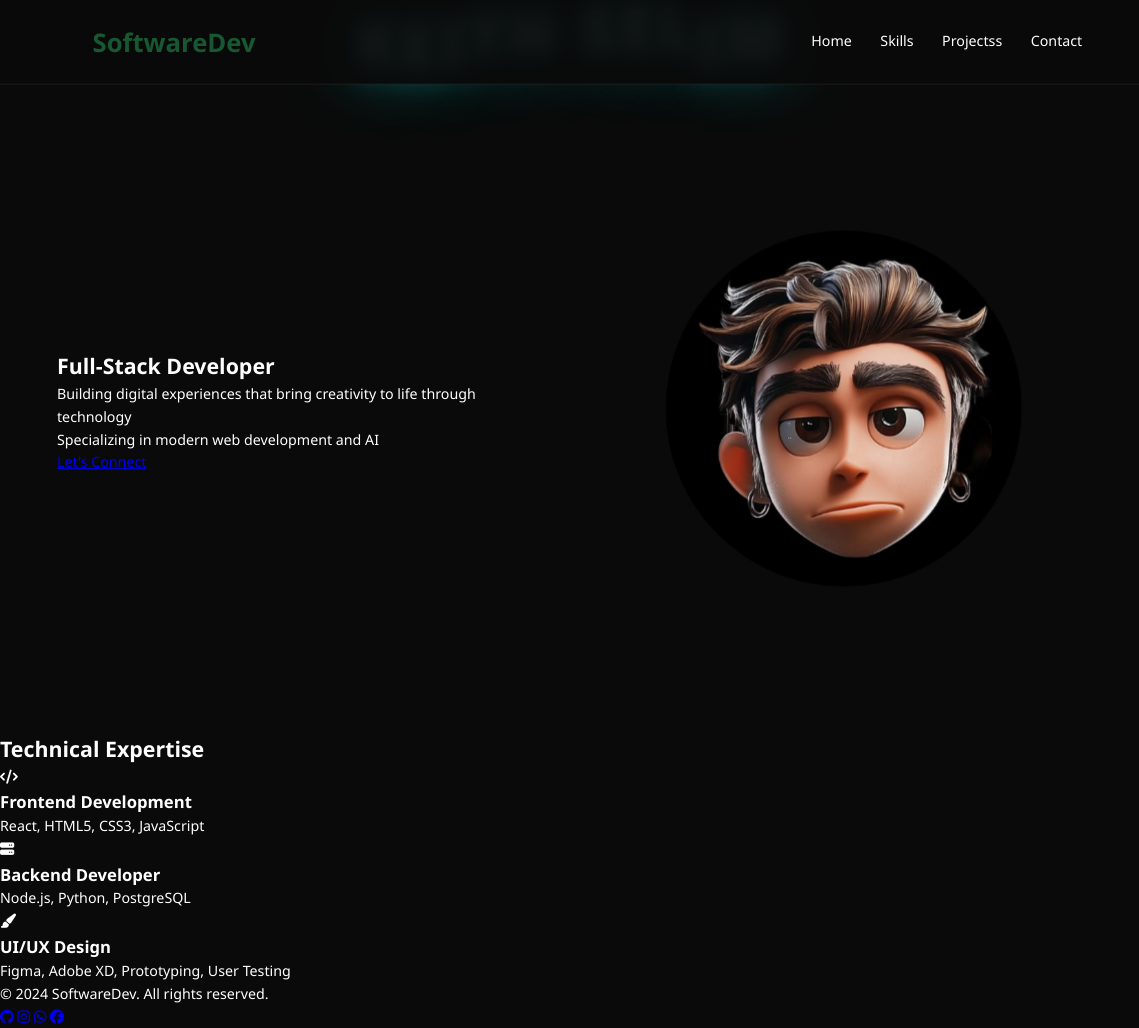
Repository: PEEZYBEE/my-personal-website
Page: index.html
An editor plug-in stored every save of this project. The page is shown before and after the next save, followed by the edit.
The browser window is 1280 px wide. The pictures show the whole page, at 89% of full size.

Above is the page before, as saved 2025-03-01 21:03:30.

### index.html
<!DOCTYPE html>
<html lang="en">
<head>
    <meta charset="UTF-8">
    <meta name="viewport" content="width=device-width, initial-scale=1.0">
    <link rel="stylesheet" href="./style.css" />
    <title>
        My Personal Website
    </title>
    <link rel="stylesheet" href="https://cdnjs.cloudflare.com/ajax/libs/font-awesome/6.7.2/css/all.min.css" integrity="sha512-Evv84Mr4kqVGRNSgIGL/F/aIDqQb7xQ2vcrdIwxfjThSH8CSR7PBEakCr51Ck+w+/U6swU2Im1vVX0SVk9ABhg==" crossorigin="anonymous" referrerpolicy="no-referrer" />
</head>
<body>

 <div class="bouncing-letters" style="text-align:center;font-size: 30px;">
 <span>K</span>
<span>E</span>
<span>I</span>
<span>T</span>
<span>H</span>
<span>&nbsp;</span>
<span>S</span>
<span>E</span>
<span>L</span>
<span>I</span>
<span>M</span>
 </div>

 <nav class="navbar">
    <a href="#home" class="logo">SoftwareDev</a>
    <ul class="nav-links">
      <li><a href="#home">Home</a></li>
      <li><a href="#skills">Skills</a></li>
      <li><a href="#projects">Projectss</a></li>
      <li><a href="#contact">Contact</a></li>
    </ul>
 </nav>

 <section id="home" class="hero">
    <div class="hero-content">
     <h1>Full-Stack Developer</h1>
     <p>Building digital experiences that bring creativity to life through technology</p>
     <p class="highlight">Specializing in modern web development and AI</p>
     <a href="#contact" class="cta-button">Let's Connect</a>
    </div>

    <div class="hero-image">
        <img src="profile.jpg" alt="Profile" class="profile-img">
    </div>
</section>

<section id="skills" class="skills">
    <h2>Technical Expertise</h2>
    <div class="skills-grid">
        <div class="skill-card">
            <i class="fa-solid fa-code"></i>
            <h3>Frontend Development</h3>
            <p>React, HTML5, CSS3, JavaScript</p>
        </div>
        <div class="skill-card">
            <i class="fa-solid fa-server"></i>
            <h3>Backend Developer</h3>
            <p>Node.js, Python, PostgreSQL</p>
        </div>
        <div class="skill-card">
            <i class="fa-solid fa-paintbrush"></i>
            <h3>UI/UX Design</h3>
            <p>Figma, Adobe XD, Prototyping, User Testing</p>
        </div>
    </div>
</section>

<footer>
   <p>&copy; 2024  SoftwareDev. All rights reserved.</p>
   <div class="social-links">
    <a href="#"><i class="fa-brands fa-github"></i></a>
    <a href="#"><i class="fa-brands fa-instagram"></i></a>
    <a href="#"><i class="fa-brands fa-whatsapp"></i></a>
    <a href="#"><i class="fa-brands fa-facebook"></i></a>
   </div>
</footer>


<script src="script.js"></script>
</body>
</html>

### style.css
.bouncing-letters span {
display: inline-block;
color: white;
text-shadow: 0px 0px 0px cyan,
             0px 0px 20px cyan,
             0px 0px 40px cyan,
             0px 0px 80px cyan;
font-size: 64px;
font-weight: bold;
animation: bounce 0.8s ease infinite alternate;

}

@keyframes bounce {
    0% { transform: translateY(0) }
    100% { transform: translateY(-20px) }

}

.bouncing-letters span:nth-child(1)
{ animation-delay:  0.1s; }


.bouncing-letters span:nth-child(2)
{ animation-delay:  0.2s; }


.bouncing-letters span:nth-child(3)
{ animation-delay:  0.3s; }


.bouncing-letters span:nth-child(4)
{ animation-delay:  0.4s; }


.bouncing-letters span:nth-child(5)
{ animation-delay: 0.5s; }


.bouncing-letters span:nth-child(6)
{ animation-delay:  0.6s; }

.bouncing-letters span:nth-child(7)
{ animation-delay:  0.7s; }

.bouncing-letters span:nth-child(8)
{ animation-delay:  0.8s; }

.bouncing-letters span:nth-child(9)
{ animation-delay:  0.9s; }

.bouncing-letters span:nth-child(10)
{ animation-delay:  0.10s; }

body{
    background-color: var(--dark-bg);
    color: var(--text);
    line-height: 1.6;
    overflow-x: hidden;
}

*{
  margin: 0;
  padding: 0;
  box-sizing: border-box;
  font-family: 'Segoe UI', sans-serif;
}
:root{
  --dark-bg: #0a0a0a;
  --darker-bg: #050505;
  --accent-glow: rgba(46, 204, 113, 0.4);
  --text: #ffffff;
}

.navbar{
  position: fixed;
  top: 0;
  width: 100%;
  padding: 1.5rem 5%;
  display: flex;
  justify-content: space-between;
  align-items: center;
  background:  rgba(10, 10, 10, 0.95);
  backdrop-filter: blur(10px);
  z-index: 1000;
  border-bottom: 1px solid rgba(255, 255, 255, 0.1);
}

.logo{
  font-size: 1.8rem;
  font-weight: 700;
  color: var(--accent-glow);
  text-decoration: none;
  position: relative;
  padding-left: 2.5rem;
}

.nav-links{
  display: flex;
  gap: 2rem;
  list-style: none;
}

.nav-links a {
  color: var(--text);
  text-decoration: none;
  font-weight: 500;
  transition: all 0.3s ease;
  position: relative;
}

.nav-links a::after {
  content: '';
  position: absolute;
  bottom:  -5px;
  left: 0;
  width: 0;
  height: 2px;
  background: var(--accent-glow);
  transition: width 0.3s ease;
}

.nav-links a:hover::after {
   width: 100%;
}

.hero {
  min-height: 100vh;
  display: flex;
  align-items: center;
  padding: 12% 5%;
  background: radial-gradient(circle at 75% 30%,var(--accent-glow) 0%,transoarent 30%);
}

.hero-content {
    flex: 1;
    padding-right: 5rem;
}

.hero-image {
    flex: 1;
    text-align: center;
    position: relative;
}

.profile-img {
    width: 400px;
    height: 400px;
    border-radius: 50%;
    object-fit: cover;
    border: 3px;
}

Loaded but not shown: script.js (no copy from this time; the picture is the same without it)

After the next save:
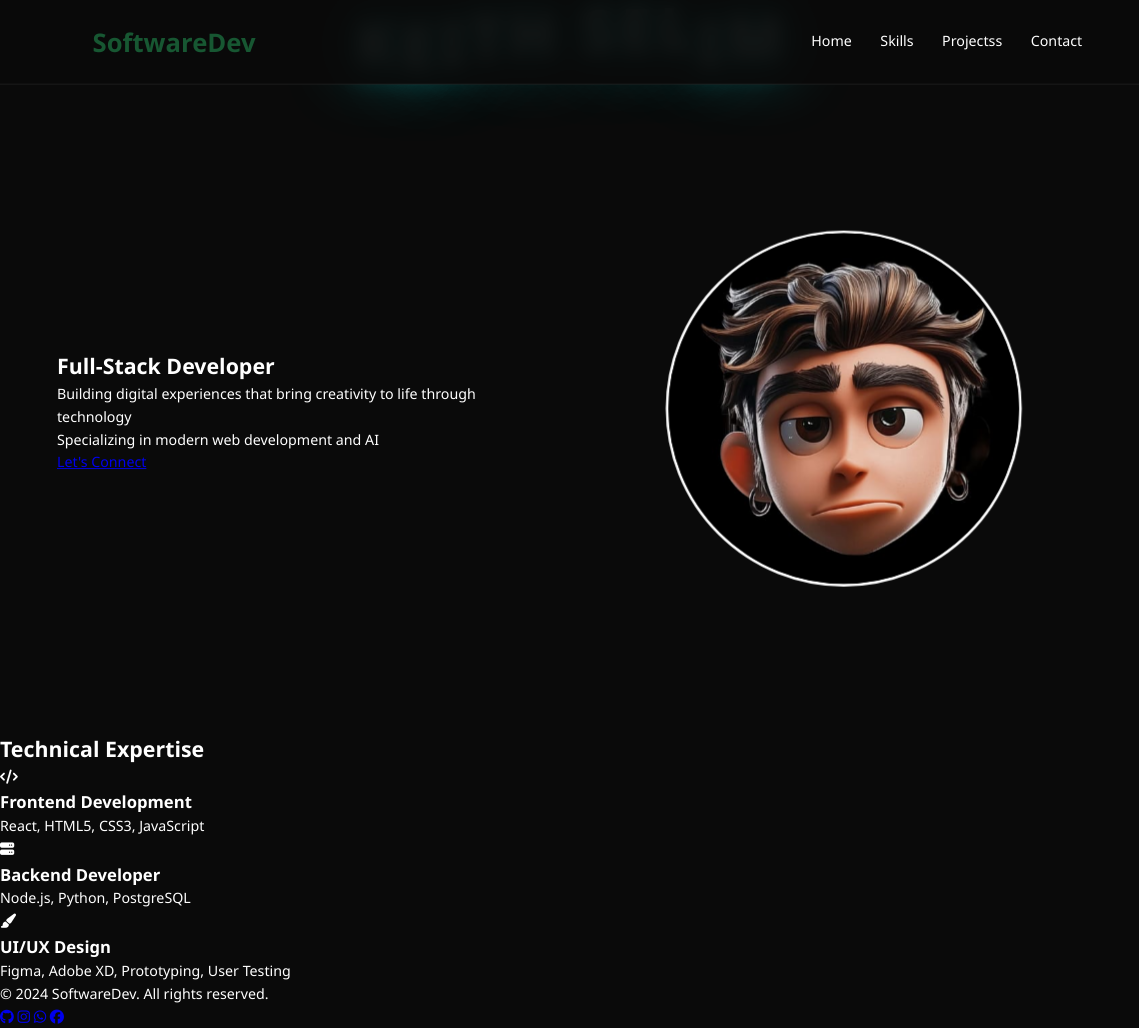
Saved 5 s later.
--- a/style.css
+++ b/style.css
@@ -148,5 +148,5 @@
     height: 400px;
     border-radius: 50%;
     object-fit: cover;
-    border: 3px;
+    border: 3px solid;
 }

After the save that followed:
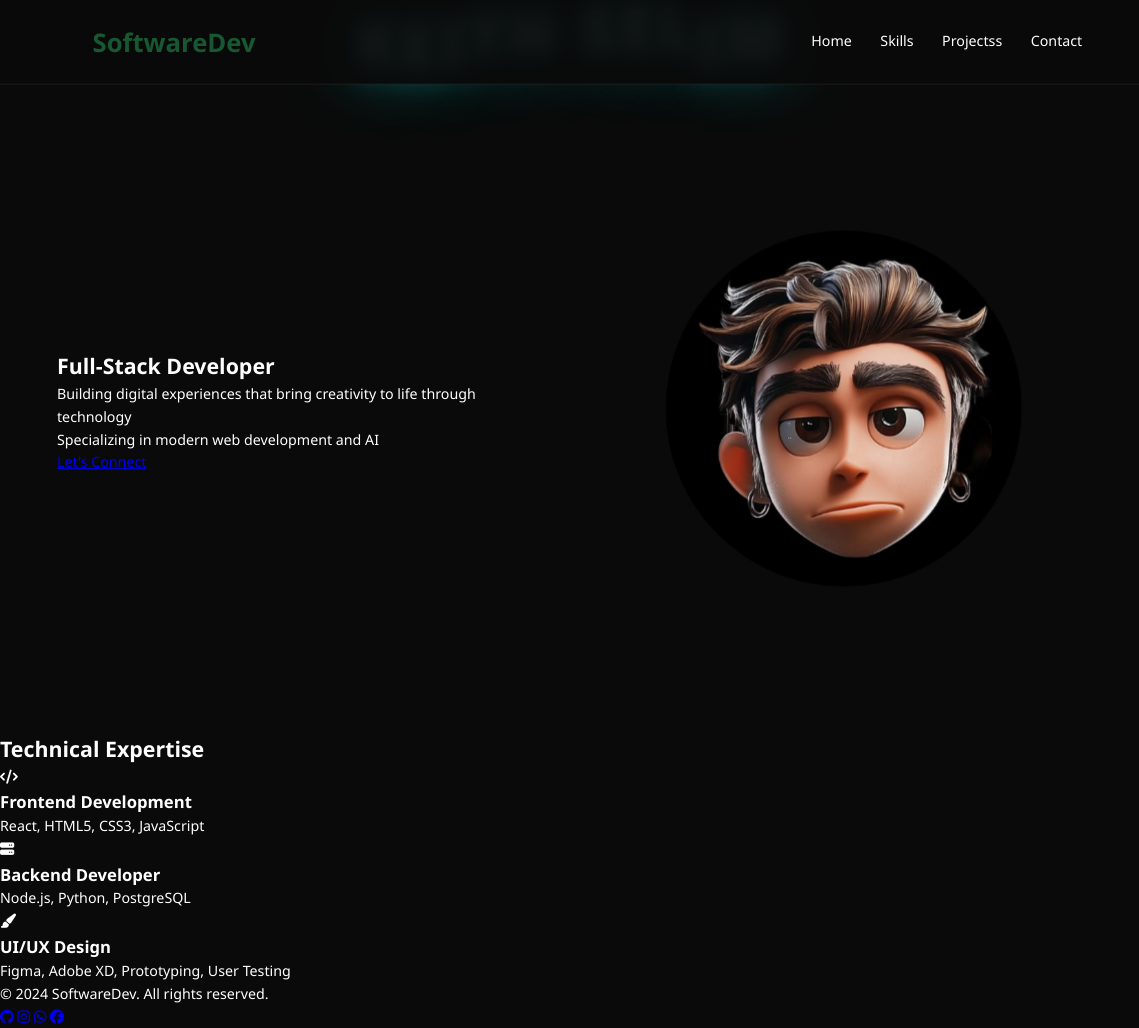
Saved 4 s later.
--- a/style.css
+++ b/style.css
@@ -148,5 +148,5 @@
     height: 400px;
     border-radius: 50%;
     object-fit: cover;
-    border: 3px solid;
+    border: 3px solid var;
 }
